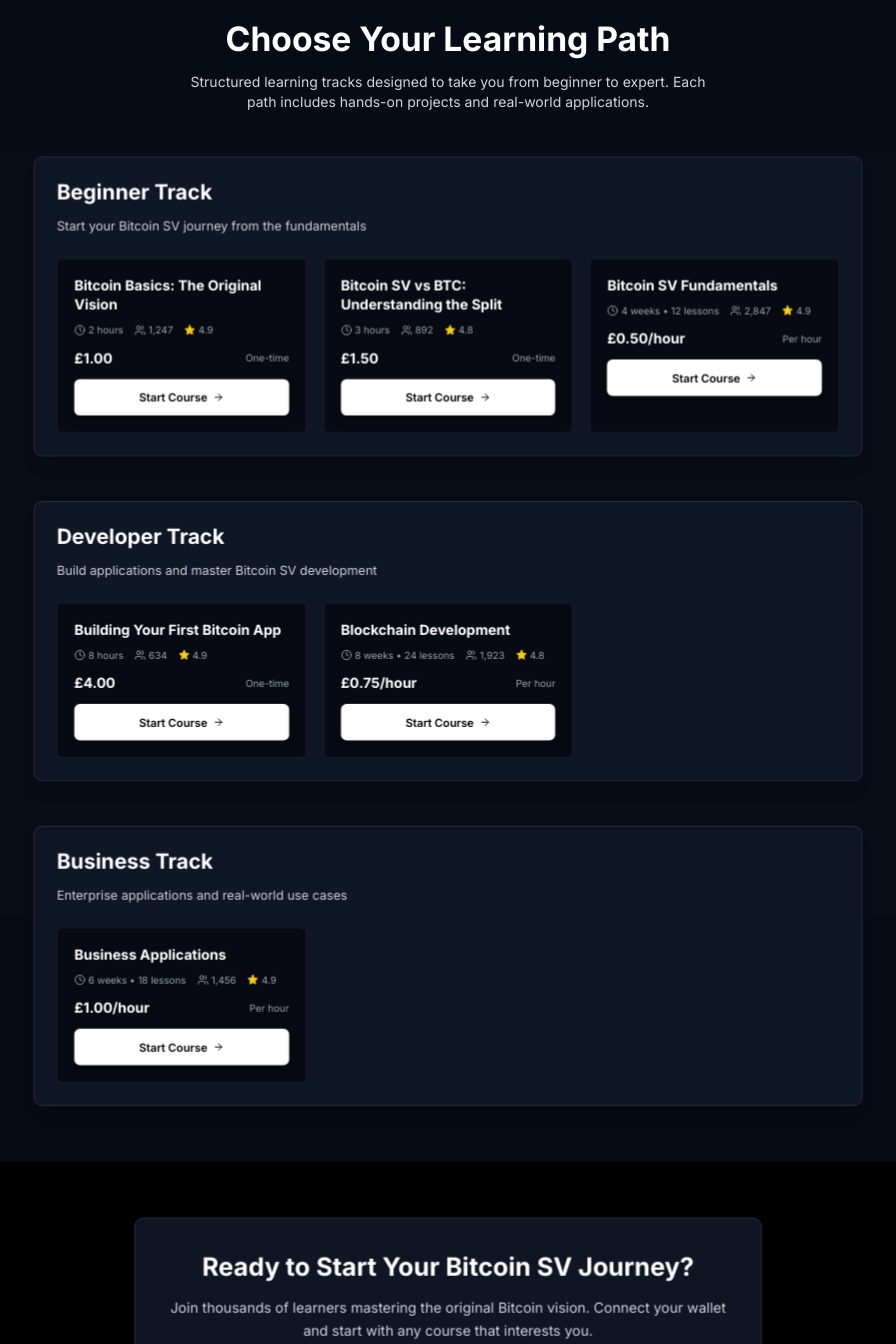
Repository: b0ase/senseii
Page: /learning
An editor plug-in stored every save of this project. The page is shown before and after the next save, followed by the edit.
The browser window is 1280 px wide. The pictures show the part of the page from y = 872 to 2792 px (the page is 3014 px tall), at 70% of full size.
The project was rebuilt for these pictures with package versions that can differ from the ones it lists, and the page was loaded fresh each time. The framework's server and built-in components were replaced by stand-ins that run in the browser. Also part of the build but not shown: next.config.js.

Above is the page before, as saved 2025-06-06 22:58:00.

### app/layout.tsx
import type { Metadata } from 'next'
import { Inter } from 'next/font/google'
import React from 'react'
import './globals.css'

const inter = Inter({ subsets: ['latin'] })

export const metadata: Metadata = {
  title: 'Senseii - AI-First Bitcoin SV Education Platform',
  description: 'Learn Bitcoin from Satoshi himself. Master blockchain technology, business incubation, and the original Bitcoin vision through AI-powered education.',
  keywords: ['Bitcoin SV', 'BSV', 'Blockchain Education', 'Satoshi', 'AI Learning', 'Business Incubation'],
  authors: [{ name: 'Senseii Platform' }],
  openGraph: {
    title: 'Senseii - AI-First Bitcoin SV Education Platform',
    description: 'Learn Bitcoin from Satoshi himself. Master blockchain technology and business incubation.',
    type: 'website',
    url: 'https://senseii.org',
  },
  twitter: {
    card: 'summary_large_image',
    title: 'Senseii - AI-First Bitcoin SV Education Platform',
    description: 'Learn Bitcoin from Satoshi himself. Master blockchain technology and business incubation.',
  },
}

export default function RootLayout({
  children,
}: {
  children: React.ReactNode
}) {
  return (
    <html lang="en" className="scroll-smooth">
      <body className={`${inter.className} antialiased bg-black`}>
        <div className="min-h-screen bg-black">
          {children}
        </div>
      </body>
    </html>
  )
}

### app/learning/page.tsx
'use client'

import { motion } from 'framer-motion'
import {
  BookOpen, Play, Clock, Users, Star, ArrowRight, Target,
  Code, Building, Zap, CheckCircle, Award, TrendingUp
} from 'lucide-react'
import Header from '../components/Header'

const LearningPage = () => {
  const learningPaths = [
    {
      title: 'Beginner Track',
      description: 'Start your Bitcoin SV journey from the fundamentals',
      courses: [
        {
          title: 'Bitcoin Basics: The Original Vision',
          duration: '2 hours',
          students: '1,247',
          rating: 4.9,
          price: '£1.00',
          link: '/courses/bitcoin-basics'
        },
        {
          title: 'Bitcoin SV vs BTC: Understanding the Split',
          duration: '3 hours',
          students: '892',
          rating: 4.8,
          price: '£1.50',
          link: '/courses/bitcoin-sv-vs-btc'
        },
        {
          title: 'Bitcoin SV Fundamentals',
          duration: '4 weeks • 12 lessons',
          students: '2,847',
          rating: 4.9,
          price: '£0.50/hour',
          link: '/courses/bitcoin-sv-fundamentals'
        }
      ]
    },
    {
      title: 'Developer Track',
      description: 'Build applications and master Bitcoin SV development',
      courses: [
        {
          title: 'Building Your First Bitcoin App',
          duration: '8 hours',
          students: '634',
          rating: 4.9,
          price: '£4.00',
          link: '/courses/first-bitcoin-app'
        },
        {
          title: 'Blockchain Development',
          duration: '8 weeks • 24 lessons',
          students: '1,923',
          rating: 4.8,
          price: '£0.75/hour',
          link: '/courses/blockchain-development'
        }
      ]
    },
    {
      title: 'Business Track',
      description: 'Enterprise applications and real-world use cases',
      courses: [
        {
          title: 'Business Applications',
          duration: '6 weeks • 18 lessons',
          students: '1,456',
          rating: 4.9,
          price: '£1.00/hour',
          link: '/courses/business-applications'
        }
      ]
    }
  ]

  const features = [
    {
      icon: Target,
      title: 'Structured Learning Paths',
      description: 'Follow curated tracks designed for your skill level and goals'
    },
    {
      icon: Zap,
      title: 'AI-Powered Tutoring',
      description: 'Learn with Satoshi AI - trained on the complete Bitcoin knowledge base'
    },
    {
      icon: Award,
      title: 'Earn Certificates',
      description: 'Get blockchain-verified certificates upon course completion'
    },
    {
      icon: TrendingUp,
      title: 'Track Progress',
      description: 'Monitor your learning journey with detailed analytics and achievements'
    }
  ]

  return (
    <div className="min-h-screen bg-black">
      <Header />

      {/* Hero Section */}
      <section className="section-padding bg-black pt-32">
        <div className="container mx-auto px-4">
          <motion.div
            initial={{ opacity: 0, y: 30 }}
            animate={{ opacity: 1, y: 0 }}
            transition={{ duration: 0.8 }}
            className="max-w-4xl mx-auto text-center mb-16"
          >
            <h1 className="text-4xl md:text-6xl font-bold gradient-text mb-6">
              Master Bitcoin SV
            </h1>
            <p className="text-xl text-gray-300 mb-8 leading-relaxed">
              From fundamentals to advanced enterprise applications, learn Bitcoin as it was meant to be -
              scalable, stable, and powerful. Choose your learning path and start building the future.
            </p>

            <div className="flex flex-col sm:flex-row gap-4 justify-center">
              <motion.button
                whileHover={{ scale: 1.05 }}
                whileTap={{ scale: 0.95 }}
                className="btn-primary text-lg px-8 py-4"
                onClick={() => document.getElementById('learning-paths')?.scrollIntoView({ behavior: 'smooth' })}
              >
                <BookOpen className="w-5 h-5 mr-2" />
                Start Learning
              </motion.button>
              <motion.button
                whileHover={{ scale: 1.05 }}
                whileTap={{ scale: 0.95 }}
                className="btn-secondary text-lg px-8 py-4"
                onClick={() => window.location.href = '/#courses'}
              >
                <Play className="w-5 h-5 mr-2" />
                Browse All Courses
              </motion.button>
            </div>
          </motion.div>

          {/* Features Grid */}
          <div className="grid grid-cols-1 md:grid-cols-2 lg:grid-cols-4 gap-8 mb-16">
            {features.map((feature, index) => (
              <motion.div
                key={feature.title}
                initial={{ opacity: 0, y: 30 }}
                whileInView={{ opacity: 1, y: 0 }}
                transition={{ duration: 0.6, delay: index * 0.1 }}
                viewport={{ once: true }}
                className="card-glass p-6 text-center hover:scale-105 transition-transform duration-300"
              >
                <feature.icon className="w-12 h-12 text-white mx-auto mb-4" />
                <h3 className="text-lg font-semibold text-white mb-3">{feature.title}</h3>
                <p className="text-gray-400 text-sm">{feature.description}</p>
              </motion.div>
            ))}
          </div>
        </div>
      </section>

      {/* Learning Paths */}
      <section id="learning-paths" className="section-padding bg-slate-900/50">
        <div className="container mx-auto px-4">
          <motion.div
            initial={{ opacity: 0, y: 30 }}
            whileInView={{ opacity: 1, y: 0 }}
            transition={{ duration: 0.8 }}
            viewport={{ once: true }}
            className="text-center mb-16"
          >
            <h2 className="text-4xl md:text-5xl font-bold gradient-text mb-6">
              Choose Your Learning Path
            </h2>
            <p className="text-xl text-gray-300 max-w-3xl mx-auto">
              Structured learning tracks designed to take you from beginner to expert.
              Each path includes hands-on projects and real-world applications.
            </p>
          </motion.div>

          <div className="space-y-16">
            {learningPaths.map((path, pathIndex) => (
              <motion.div
                key={path.title}
                initial={{ opacity: 0, y: 30 }}
                whileInView={{ opacity: 1, y: 0 }}
                transition={{ duration: 0.8, delay: pathIndex * 0.2 }}
                viewport={{ once: true }}
                className="card-glass p-8"
              >
                <div className="mb-8">
                  <h3 className="text-3xl font-bold text-white mb-4">{path.title}</h3>
                  <p className="text-gray-300 text-lg">{path.description}</p>
                </div>

                <div className="grid grid-cols-1 md:grid-cols-2 lg:grid-cols-3 gap-6">
                  {path.courses.map((course, courseIndex) => (
                    <motion.div
                      key={course.title}
                      initial={{ opacity: 0, x: -30 }}
                      whileInView={{ opacity: 1, x: 0 }}
                      transition={{ duration: 0.6, delay: courseIndex * 0.1 }}
                      viewport={{ once: true }}
                      className="bg-black/50 rounded-lg p-6 hover:scale-105 transition-all duration-300 border border-gray-800"
                    >
                      <h4 className="text-xl font-bold text-white mb-3">{course.title}</h4>

                      <div className="flex items-center gap-4 text-sm text-gray-400 mb-4">
                        <span className="flex items-center">
                          <Clock className="w-4 h-4 mr-1" />
                          {course.duration}
                        </span>
                        <span className="flex items-center">
                          <Users className="w-4 h-4 mr-1" />
                          {course.students}
                        </span>
                        <span className="flex items-center">
                          <Star className="w-4 h-4 mr-1 text-yellow-400" fill="currentColor" />
                          {course.rating}
                        </span>
                      </div>

                      <div className="flex items-center justify-between mb-4">
                        <span className="text-xl font-bold text-white">{course.price}</span>
                        <span className="text-sm text-gray-400">
                          {course.price.includes('/hour') ? 'Per hour' : 'One-time'}
                        </span>
                      </div>

                      <motion.button
                        whileHover={{ scale: 1.05 }}
                        whileTap={{ scale: 0.95 }}
                        className="w-full btn-primary flex items-center justify-center"
                        onClick={() => window.location.href = course.link}
                      >
                        <span>Start Course</span>
                        <ArrowRight className="w-4 h-4 ml-2" />
                      </motion.button>
                    </motion.div>
                  ))}
                </div>
              </motion.div>
            ))}
          </div>
        </div>
      </section>

      {/* CTA Section */}
      <section className="section-padding bg-black">
        <div className="container mx-auto px-4">
          <motion.div
            initial={{ opacity: 0, y: 30 }}
            whileInView={{ opacity: 1, y: 0 }}
            transition={{ duration: 0.8 }}
            viewport={{ once: true }}
            className="card-glass p-12 text-center max-w-4xl mx-auto"
          >
            <h2 className="text-3xl md:text-4xl font-bold gradient-text mb-6">
              Ready to Start Your Bitcoin SV Journey?
            </h2>
            <p className="text-xl text-gray-300 mb-8 leading-relaxed">
              Join thousands of learners mastering the original Bitcoin vision.
              Connect your wallet and start with any course that interests you.
            </p>
            <div className="flex flex-col sm:flex-row gap-4 justify-center">
              <motion.button
                whileHover={{ scale: 1.05 }}
                whileTap={{ scale: 0.95 }}
                className="btn-primary text-lg px-8 py-4"
                onClick={() => window.location.href = '/courses/bitcoin-basics'}
              >
                Start with Basics
              </motion.button>
              <motion.button
                whileHover={{ scale: 1.05 }}
                whileTap={{ scale: 0.95 }}
                className="btn-secondary text-lg px-8 py-4"
                onClick={() => window.location.href = '/community'}
              >
                Join Community
              </motion.button>
            </div>
          </motion.div>
        </div>
      </section>
    </div>
  )
}

export default LearningPage

### app/globals.css
@tailwind base;
@tailwind components;
@tailwind utilities;

@import url('https://fonts.googleapis.com/css2?family=Inter:wght@300;400;500;600;700;800;900&display=swap');

@layer base {
  html {
    scroll-behavior: smooth;
    font-family: 'Inter', system-ui, -apple-system, BlinkMacSystemFont, 'Segoe UI', Roboto, sans-serif;
  }

  body {
    @apply text-gray-100 bg-black;
    font-feature-settings: 'calt' 1, 'kern' 1;
    -webkit-font-smoothing: antialiased;
    -moz-osx-font-smoothing: grayscale;
    text-rendering: optimizeLegibility;
  }
}

@layer components {
  .btn-primary {
    @apply bg-white hover:bg-gray-200 text-black font-semibold py-3 px-6 rounded-lg transition-all duration-300 transform hover:scale-105 shadow-lg border-2 border-white;
  }

  .btn-secondary {
    @apply bg-black border-2 border-white text-white hover:bg-white hover:text-black font-semibold py-3 px-6 rounded-lg transition-all duration-300;
  }

  .btn-outline {
    @apply bg-transparent border-2 border-gray-400 text-gray-400 hover:border-white hover:text-white font-semibold py-3 px-6 rounded-lg transition-all duration-300;
  }

  .card-glass {
    @apply bg-gray-900/90 backdrop-blur-md border border-gray-700 rounded-xl shadow-xl;
  }

  .card-dark {
    @apply bg-gray-950 border border-gray-800 rounded-xl shadow-xl;
  }

  .gradient-text {
    @apply text-white;
  }

  .section-padding {
    @apply py-20 px-4 sm:px-6 lg:px-8;
  }

  .container-custom {
    @apply max-w-7xl mx-auto;
  }

  .text-crisp {
    font-weight: 500;
    letter-spacing: -0.025em;
    font-feature-settings: 'calt' 1, 'kern' 1;
  }
}

@layer utilities {
  .text-shadow {
    text-shadow: 2px 2px 4px rgba(0, 0, 0, 0.8);
  }

  .text-shadow-crisp {
    text-shadow: 1px 1px 2px rgba(0, 0, 0, 0.9);
  }

  .animation-delay-200 {
    animation-delay: 200ms;
  }

  .animation-delay-400 {
    animation-delay: 400ms;
  }

  .animation-delay-600 {
    animation-delay: 600ms;
  }
}

/* Custom animations */
@keyframes float {
  0%, 100% { transform: translateY(0px); }
  50% { transform: translateY(-20px); }
}

.animate-float {
  animation: float 6s ease-in-out infinite;
}

### app/components/Header.tsx
'use client'

import { useState } from 'react'
import { motion } from 'framer-motion'
import { Menu, X, Bitcoin, Cpu, BookOpen, Users, Rocket, FileText, Coins } from 'lucide-react'
import { useRouter, usePathname } from 'next/navigation'

const Header = () => {
  const [isMenuOpen, setIsMenuOpen] = useState(false)
  const router = useRouter()
  const pathname = usePathname()

  const navItems = [
    { name: 'Learn', href: '/#courses', icon: BookOpen },
    { name: 'Satoshi AI', href: '/#satoshi-agent', icon: Cpu },
    { name: 'Whitepaper', href: '/whitepaper', icon: FileText },
    { name: '$SENSEII', href: '/token', icon: Coins },
    { name: 'Incubator', href: '/incubator', icon: Rocket },
    { name: 'Community', href: '/community', icon: Users },
  ]

  const handleNavigation = (href: string) => {
    if (href.startsWith('/#')) {
      // If we're navigating to a section on the home page
      if (pathname === '/') {
        // We're on home page, just scroll to section
        const sectionId = href.substring(2) // Remove '/#'
        const element = document.getElementById(sectionId)
        if (element) {
          element.scrollIntoView({ behavior: 'smooth' })
        }
      } else {
        // We're on a different page, navigate to home then scroll
        router.push(href)
      }
    } else {
      // Regular page navigation
      router.push(href)
    }
    setIsMenuOpen(false)
  }

  const handleLogoClick = () => {
    if (pathname === '/') {
      // If on home page, scroll to top
      window.scrollTo({ top: 0, behavior: 'smooth' })
    } else {
      // Navigate to home page
      router.push('/')
    }
  }

  return (
    <motion.header
      initial={{ y: -100, opacity: 0 }}
      animate={{ y: 0, opacity: 1 }}
      transition={{ duration: 0.8 }}
      className="fixed top-0 left-0 right-0 z-50 bg-black/20 backdrop-blur-md border-b border-white/10"
    >
      <div className="container-custom">
        <div className="flex items-center justify-between py-4">
          {/* Logo */}
          <motion.button
            whileHover={{ scale: 1.05 }}
            whileTap={{ scale: 0.95 }}
            className="flex items-center space-x-2 cursor-pointer"
            onClick={handleLogoClick}
          >
            <Bitcoin className="w-8 h-8 text-white" />
            <span className="text-2xl font-bold gradient-text">Senseii</span>
          </motion.button>

          {/* Desktop Navigation */}
          <nav className="hidden md:flex items-center space-x-8">
            {navItems.map((item) => {
              const Icon = item.icon
              return (
                <motion.button
                  key={item.name}
                  onClick={() => handleNavigation(item.href)}
                  whileHover={{ scale: 1.05 }}
                  whileTap={{ scale: 0.95 }}
                  className="flex items-center space-x-2 text-gray-300 hover:text-white transition-colors duration-300"
                >
                  <Icon className="w-4 h-4" />
                  <span>{item.name}</span>
                </motion.button>
              )
            })}
          </nav>

          {/* CTA Button */}
          <div className="hidden md:block">
            <motion.button
              whileHover={{ scale: 1.05 }}
              whileTap={{ scale: 0.95 }}
              className="btn-primary"
            >
              Start Learning
            </motion.button>
          </div>

          {/* Mobile Menu Button */}
          <button
            className="md:hidden text-white"
            onClick={() => setIsMenuOpen(!isMenuOpen)}
          >
            {isMenuOpen ? <X className="w-6 h-6" /> : <Menu className="w-6 h-6" />}
          </button>
        </div>
      </div>

      {/* Mobile Menu */}
      {isMenuOpen && (
        <motion.div
          initial={{ opacity: 0, y: -20 }}
          animate={{ opacity: 1, y: 0 }}
          exit={{ opacity: 0, y: -20 }}
          className="md:hidden bg-black/90 backdrop-blur-md border-t border-white/10"
        >
          <div className="container-custom py-4">
            <nav className="flex flex-col space-y-4">
              {navItems.map((item) => {
                const Icon = item.icon
                return (
                  <button
                    key={item.name}
                    onClick={() => handleNavigation(item.href)}
                    className="flex items-center space-x-2 text-gray-300 hover:text-white transition-colors duration-300 py-2 text-left"
                  >
                    <Icon className="w-4 h-4" />
                    <span>{item.name}</span>
                  </button>
                )
              })}
              <button className="btn-primary text-center mt-4">
                Start Learning
              </button>
            </nav>
          </div>
        </motion.div>
      )}
    </motion.header>
  )
}

export default Header

### tailwind.config.js
/** @type {import('tailwindcss').Config} */
module.exports = {
  content: [
    './pages/**/*.{js,ts,jsx,tsx,mdx}',
    './components/**/*.{js,ts,jsx,tsx,mdx}',
    './app/**/*.{js,ts,jsx,tsx,mdx}',
  ],
  theme: {
    extend: {
      colors: {
        primary: {
          50: '#f8fafc',
          100: '#f1f5f9',
          500: '#64748b',
          600: '#475569',
          700: '#334155',
          800: '#1e293b',
          900: '#0f172a',
        },
        secondary: {
          50: '#f8fafc',
          100: '#f1f5f9',
          500: '#64748b',
          600: '#475569',
          900: '#0f172a',
        }
      },
      fontFamily: {
        sans: ['Inter', 'system-ui', '-apple-system', 'BlinkMacSystemFont', 'Segoe UI', 'Roboto', 'sans-serif'],
        mono: ['JetBrains Mono', 'Consolas', 'Monaco', 'monospace'],
      },
      animation: {
        'gradient-x': 'gradient-x 15s ease infinite',
        'float': 'float 6s ease-in-out infinite',
      },
      keyframes: {
        'gradient-x': {
          '0%, 100%': {
            'background-size': '200% 200%',
            'background-position': 'left center'
          },
          '50%': {
            'background-size': '200% 200%',
            'background-position': 'right center'
          },
        },
        'float': {
          '0%, 100%': { transform: 'translateY(0px)' },
          '50%': { transform: 'translateY(-20px)' },
        }
      }
    },
  },
  plugins: [],
}

After the next save:
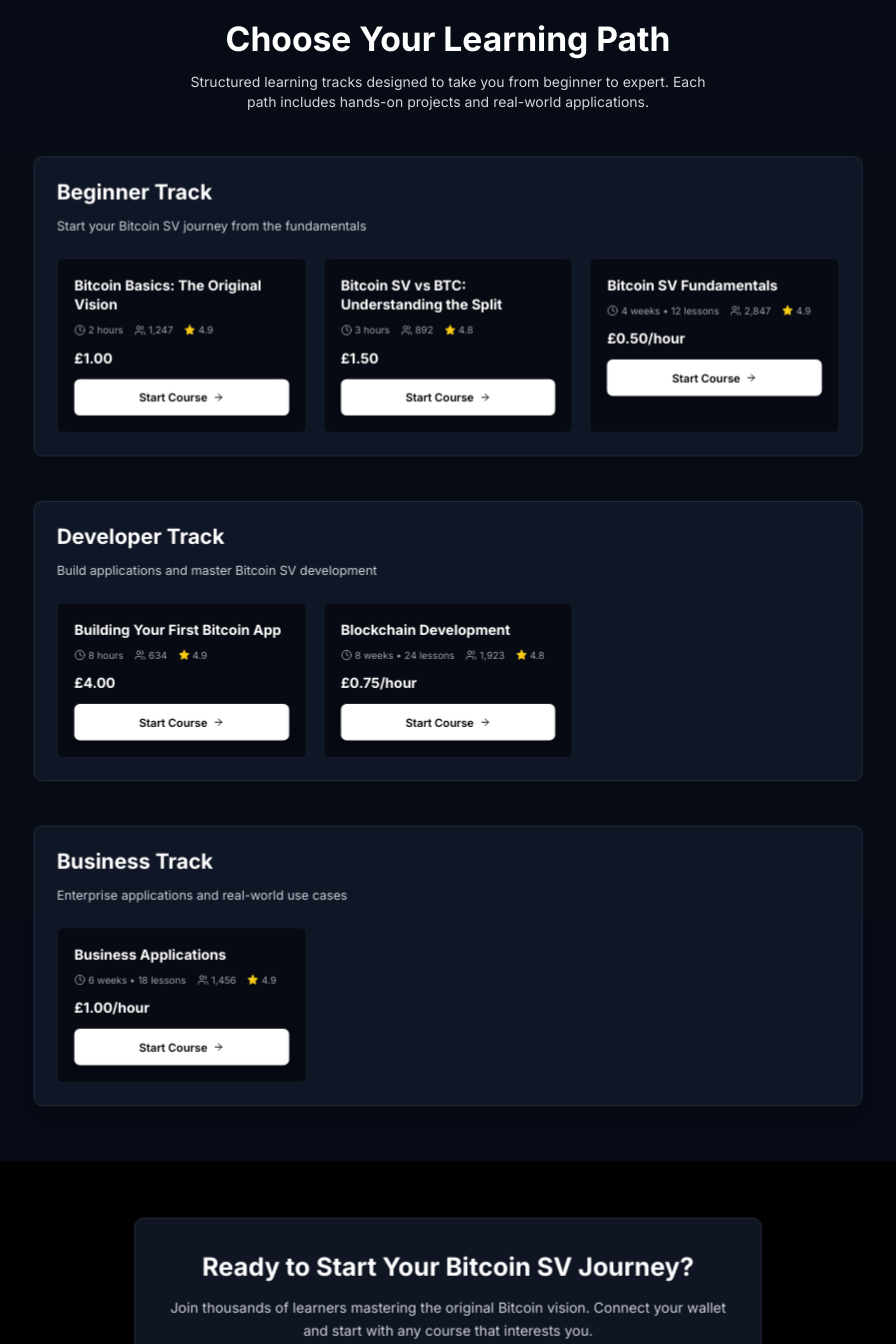
Saved 101 s later.
--- a/app/learning/page.tsx
+++ b/app/learning/page.tsx
@@ -226,9 +226,6 @@
 
                       <div className="flex items-center justify-between mb-4">
                         <span className="text-xl font-bold text-white">{course.price}</span>
-                        <span className="text-sm text-gray-400">
-                          {course.price.includes('/hour') ? 'Per hour' : 'One-time'}
-                        </span>
                       </div>
 
                       <motion.button
